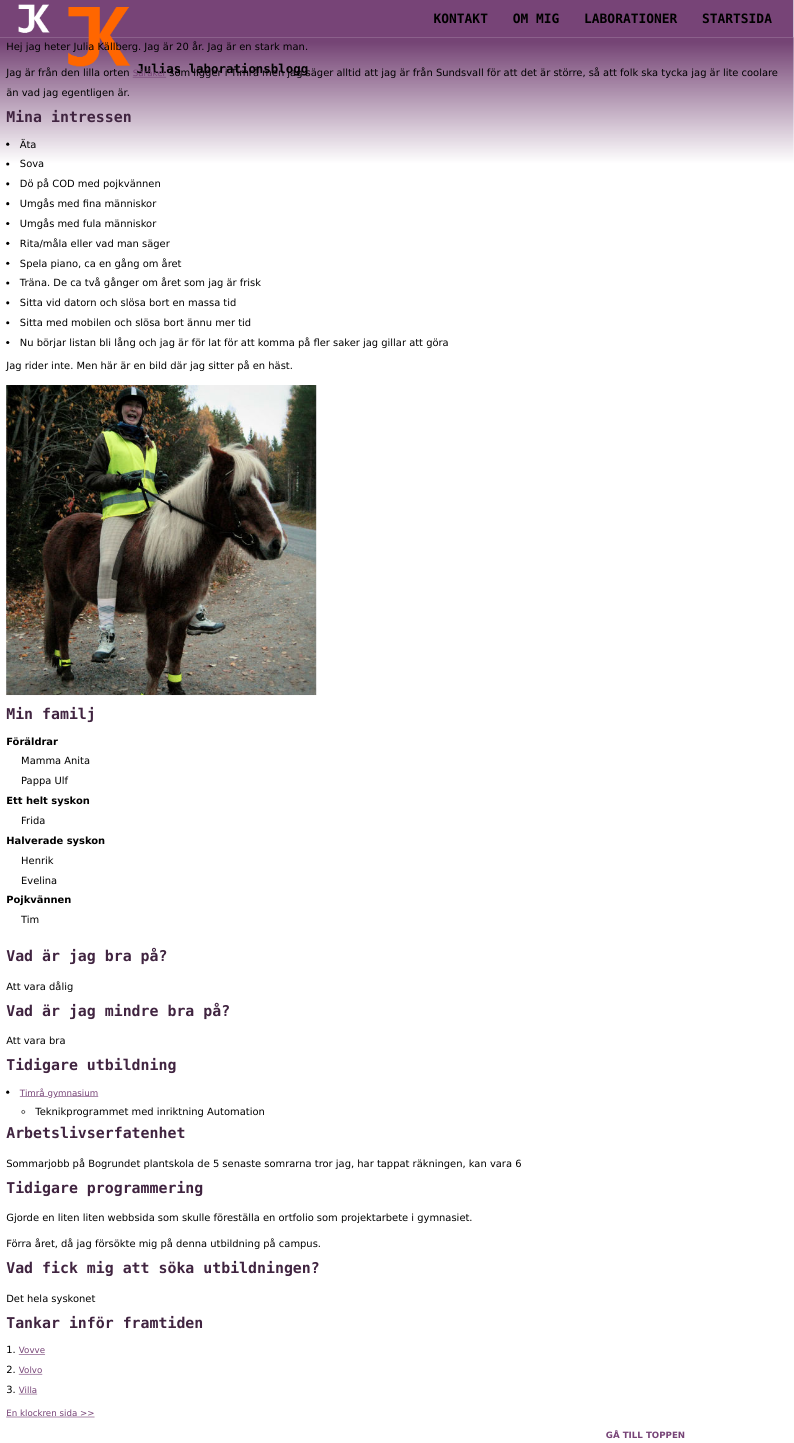
Repository: jk222rp/1ik415-laborationer-2014
Page: pages/presentation.html
The author's editor kept a record of every edit. The page is drawn from the files as they stood at one moment, then again after the next edit.
The browser window is 1280 px wide. The pictures show the whole page, at 62% of full size.

Above is the page before.

After the next edit:
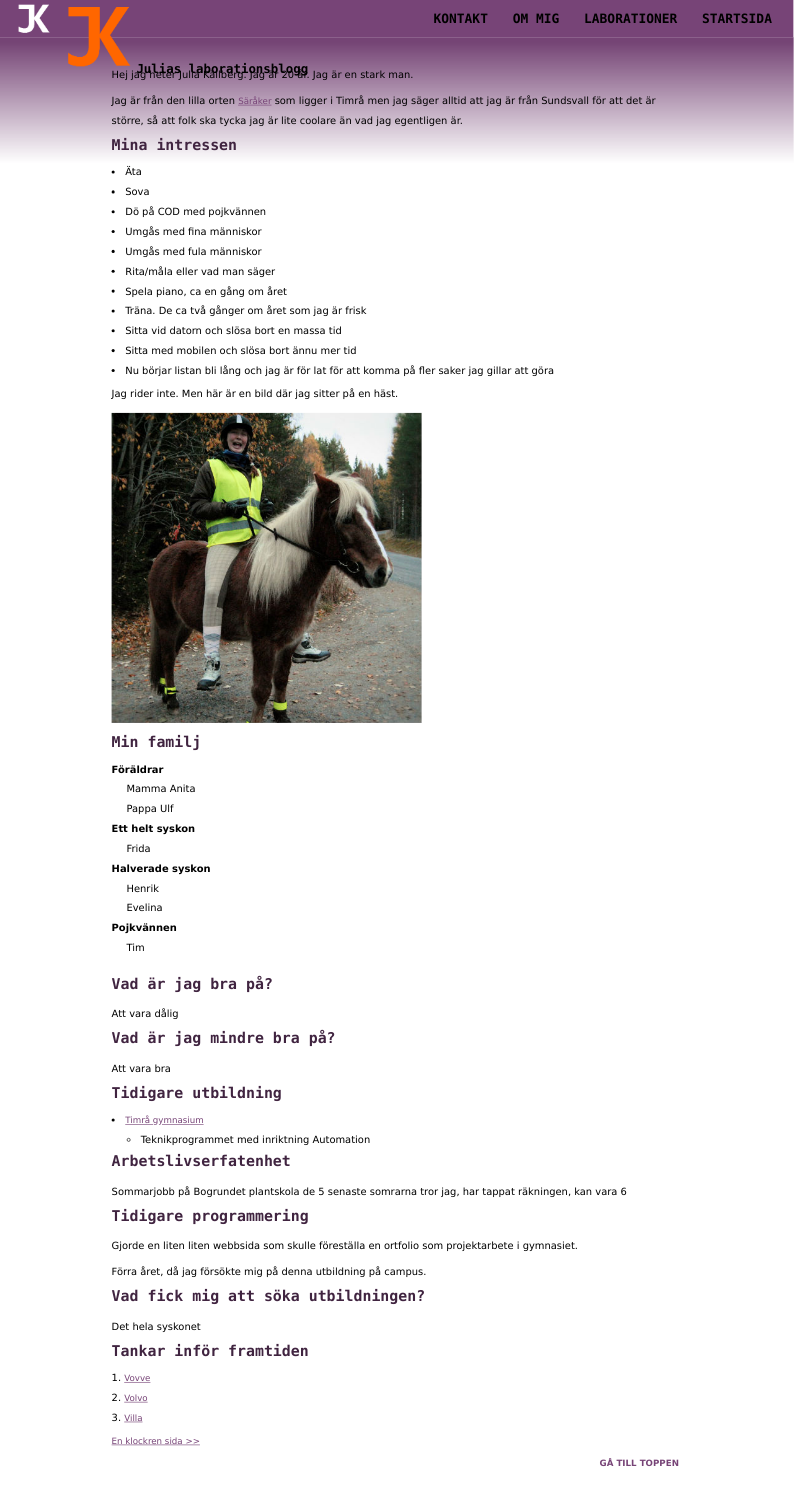
The edit:
--- a/pages/presentation.html
+++ b/pages/presentation.html
@@ -24,6 +24,8 @@
         </div>
 
 <!--Start of presentation-->
+
+        <div id="content">
         <p>Hej jag heter Julia Källberg. Jag är 20 år. Jag är en stark man.</p>
         <p>Jag är från den lilla orten
         <a href="http://sv.wikipedia.org/wiki/S%C3%B6r%C3%A5ker" target="_blank">Säråker</a>
